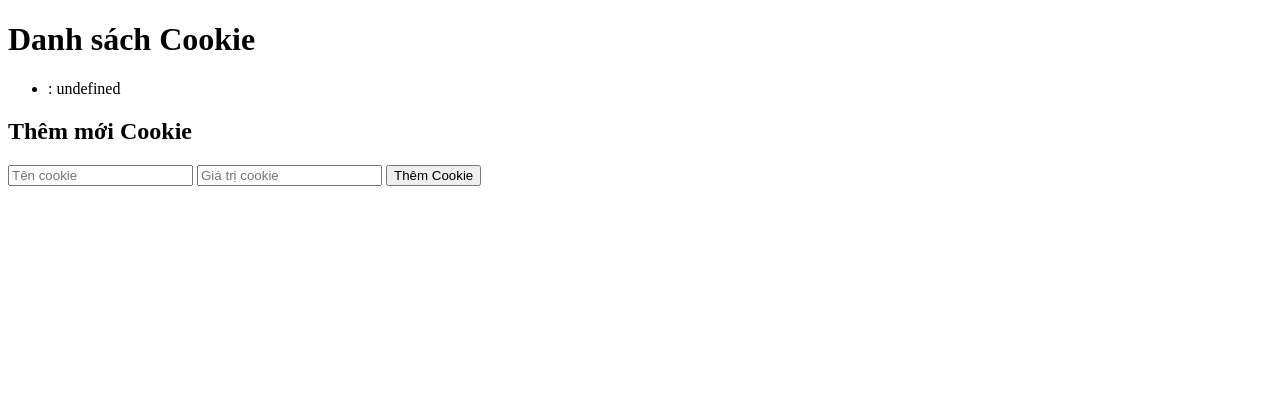
Repository: 3KAER/lab03_phan2
Page: lab04/phan1_bai2/index.html
An editor plug-in stored every save of this project. The page is shown before and after the next save, followed by the edit.
The browser window is 1280 px wide. The pictures show the whole page.

Above is the page before, as saved 2024-04-22 02:10:37.

### lab04/phan1_bai2/index.html
<!DOCTYPE html>
<html lang="en">
<head>
    <meta charset="UTF-8">
    <meta name="viewport" content="width=device-width, initial-scale=1.0">
    <title>Quản lý Cookie</title>
</head>
<body>
    <h1>Danh sách Cookie</h1>
    <ul id="cookie-list"></ul>

    <h2>Thêm mới Cookie</h2>
    <input type="text" id="cookie-name" placeholder="Tên cookie">
    <input type="text" id="cookie-value" placeholder="Giá trị cookie">
    <button onclick="addCookie()">Thêm Cookie</button>

    <script>
        function addCookie() {
            var name = document.getElementById("cookie-name").value;
            var value = document.getElementById("cookie-value").value;
            document.cookie = name + "=" + value;
            displayCookies();
        }

        function displayCookies() {
            var cookies = document.cookie.split("; ");
            var cookieList = document.getElementById("cookie-list");
            cookieList.innerHTML = "";
            cookies.forEach(function(cookie) {
                var parts = cookie.split("=");
                var name = parts[0];
                var value = parts[1];
                var listItem = document.createElement("li");
                listItem.textContent = name + ": " + value;
                cookieList.appendChild(listItem);
            });
        }

        displayCookies();
    </script>
</body>
</html>

After the next save:
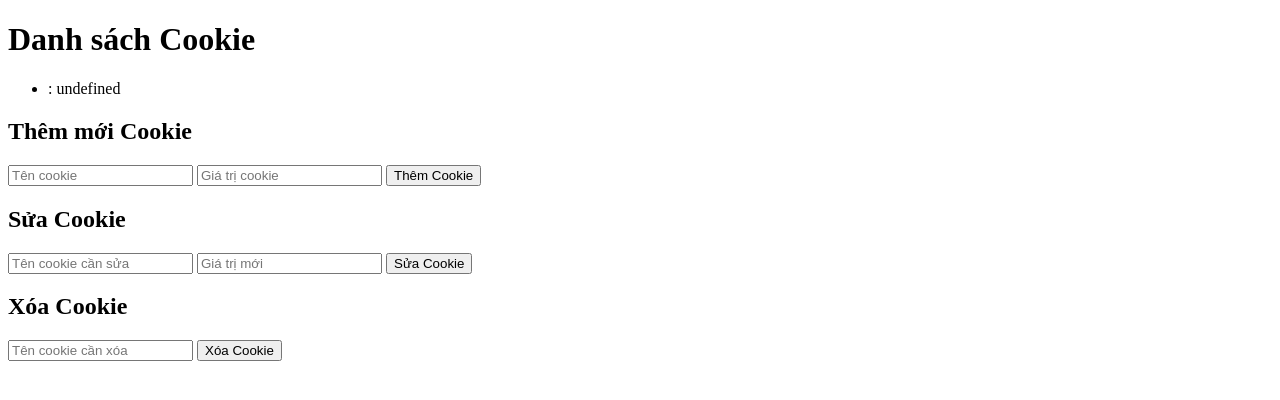
Saved 5 min 36 s later.
--- a/lab04/phan1_bai2/index.html
+++ b/lab04/phan1_bai2/index.html
@@ -14,11 +14,33 @@
     <input type="text" id="cookie-value" placeholder="Giá trị cookie">
     <button onclick="addCookie()">Thêm Cookie</button>
 
+    <h2>Sửa Cookie</h2>
+    <input type="text" id="edit-cookie-name" placeholder="Tên cookie cần sửa">
+    <input type="text" id="edit-cookie-value" placeholder="Giá trị mới">
+    <button onclick="editCookie()">Sửa Cookie</button>
+
+    <h2>Xóa Cookie</h2>
+    <input type="text" id="delete-cookie-name" placeholder="Tên cookie cần xóa">
+    <button onclick="deleteCookie()">Xóa Cookie</button>
+
     <script>
         function addCookie() {
             var name = document.getElementById("cookie-name").value;
             var value = document.getElementById("cookie-value").value;
             document.cookie = name + "=" + value;
+            displayCookies();
+        }
+
+        function editCookie() {
+            var name = document.getElementById("edit-cookie-name").value;
+            var value = document.getElementById("edit-cookie-value").value;
+            document.cookie = name + "=" + value;
+            displayCookies();
+        }
+
+        function deleteCookie() {
+            var name = document.getElementById("delete-cookie-name").value;
+            document.cookie = name + "=; expires=Thu, 01 Jan 1970 00:00:00 UTC; path=/;";
             displayCookies();
         }
 
